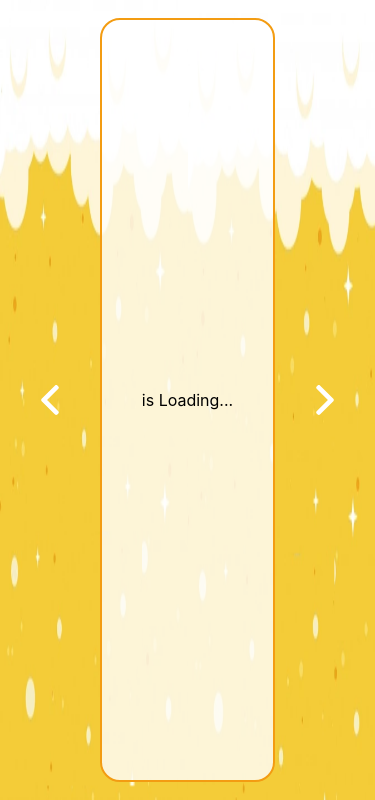
Repository: SebastianArmata22/Beer-app
Page: /
The author's editor kept a copy of each file at every save. The page is drawn from the files as they stood at one save, then again after the next save.
The browser window is 375 px wide. The pictures show the whole page.
The page's requests for data from a server got no answer. The project was rebuilt for these pictures with package versions that can differ from the ones it lists, and the page was loaded fresh each time. No one was signed in, and anything a server would have sent is missing. Also part of the build but not shown: src/Card.js.

Above is the page before, as saved 2021-01-05 23:08:39.

### src/index.css
body {
  margin: 0;
  font-family: -apple-system, BlinkMacSystemFont, 'Segoe UI', 'Roboto', 'Oxygen',
    'Ubuntu', 'Cantarell', 'Fira Sans', 'Droid Sans', 'Helvetica Neue',
    sans-serif;
  -webkit-font-smoothing: antialiased;
  -moz-osx-font-smoothing: grayscale;
  box-sizing: border-box;;

}

code {
  font-family: source-code-pro, Menlo, Monaco, Consolas, 'Courier New',
    monospace;
}

### src/App.js
import './App.css';
import Card from './Card.js'
import React from 'react'
import rigtArrow from'./right-arrow.svg'
import leftArrow from'./left-arrow.svg'


class App extends React.Component {

  constructor(props){
    super(props);
    this.state={
      isLoaded:false,
      data:[],
      isNext:true
    }
    this.counter=1
    this.nextBeer=this.nextBeer.bind(this)
    this.previousBeer=this.previousBeer.bind(this)
  }
  getUrl(){
   return `https://api.punkapi.com/v2/beers/${this.counter}`
  }
  getDateFromApi(url){
    fetch(url)
    .then(response=>response.json())
    .then(dataApi=>this.setState({
      isLoaded: true,
      data: dataApi}))
  }
  nextBeer(){
    this.setState({isLoaded: false})
    this.counter<325 && this.counter++
    this.getDateFromApi(this.getUrl())
    this.setState({isNext:true})
  }
 previousBeer(){
    this.setState({isLoaded: false})
    this.counter>1 && this.counter--
    this.getDateFromApi(this.getUrl());
    this.setState({isNext:false})
  }
  componentDidMount(){
    this.getDateFromApi(this.getUrl());
  }
  render(){
    return(
        <div className="app-container">
        <img className="svg-button" onClick={this.previousBeer} src={leftArrow} alt="previous" height='100px'/>
        {this.state.isLoaded ? <Card item={this.state.data} isNext={this.state.isNext} /> : <div className="card load-div">is Loading...</div>}
        <img className="svg-button" onClick={this.nextBeer} src={rigtArrow} alt="next" height='100px' />
        </div>

    )
  }
}

export default App;

### src/App.css
.app-container{
  width: 100%;
  min-height: 100vh;
  display: flex;
  justify-content: center;
  align-items: center;
}

.svg-button{
  cursor: pointer;
}

@media only screen and (max-width: 600px) {
  .svg-button{
    transform: scale(0.3);
  }

}

### src/Card.css
*{
    margin: 0;
    padding: 0;

}
body{
    background-image: url('./background.png');
    background-repeat: no-repeat;
    background-size: 100% 100%;
}
.card {
border: 2px solid #f39c12;
border-radius: 20px;
max-width: 700px;
display: flex;
flex-direction: column;
min-height: 90vh;
padding: 20px;
background-color: rgba(255, 255, 255,0.8);
}
.card h2{
    color: #f39c12;
}

.photo-beer{
    height: 50vh;
}
.photo-card{
    display: flex;
    align-items: center;
    flex-direction: column;

}

.load-div{
    display: flex;
     justify-content: center;
     align-items: center;
}

.text-card{
    position: relative;
    text-align: left;
}

@media only screen and (max-width: 600px) {
    .card{
        width: 200px;
    }

}

Loaded but not shown: public/index.html (common file); src/index.js (common file)

After the next save:
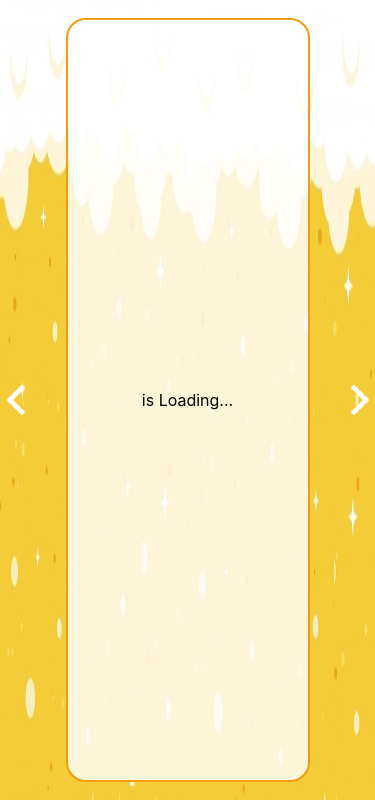
Saved 20 s later.
--- a/src/Card.css
+++ b/src/Card.css
@@ -45,7 +45,7 @@ background-color: rgba(255, 255, 255,0.8);
 
 @media only screen and (max-width: 600px) {
     .card{
-        width: 200px;
+        min-width: 200px;
     }
 
 }
